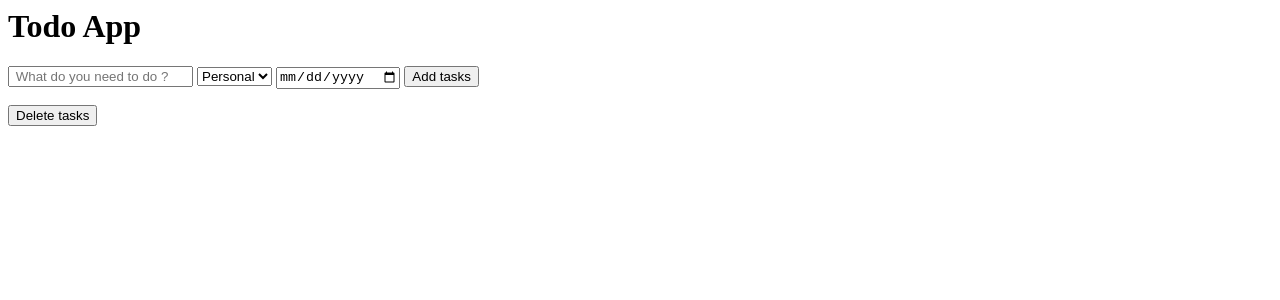
Repository: Sayan-100/Todo-List
Page: http://localhost/
The author's editor kept a copy of each file at every save. The page is drawn from the files as they stood at one save, then again after the next save.
The browser window is 1280 px wide. The pictures show the whole page.
Some web libraries are served in a nearby version. The page is served by the project's Node server (index.js). Queries for data that is not in the repository find no rows.

Above is the page before, as saved 2021-12-28 23:16:50.
Not found: To-do-list/assests/css/style.css
Not found: js/home.js

After the next save:
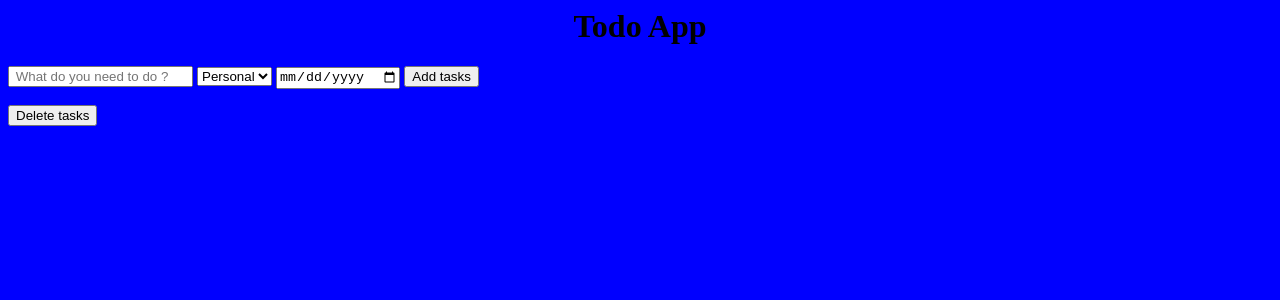
Saved 2 min 38 s later.
--- a/views/home.ejs
+++ b/views/home.ejs
@@ -5,7 +5,7 @@
         <%= title %>
     </title>
 
-    <link rel="stylesheet" href="/To-do-list/assests/css/style.css">
+    <link rel="stylesheet" href="/css/style.css">
     <link rel="stylesheet" href="https://use.fontawesome.com/releases/v5.5.0/css/all.css" integrity="sha384-B4dIYHKNBt8Bc12p+WXckhzcICo0wtJAoU8YZTY5qE0Id1GSseTk6S+L3BlXeVIU" crossorigin="anonymous">
 
 </head>
